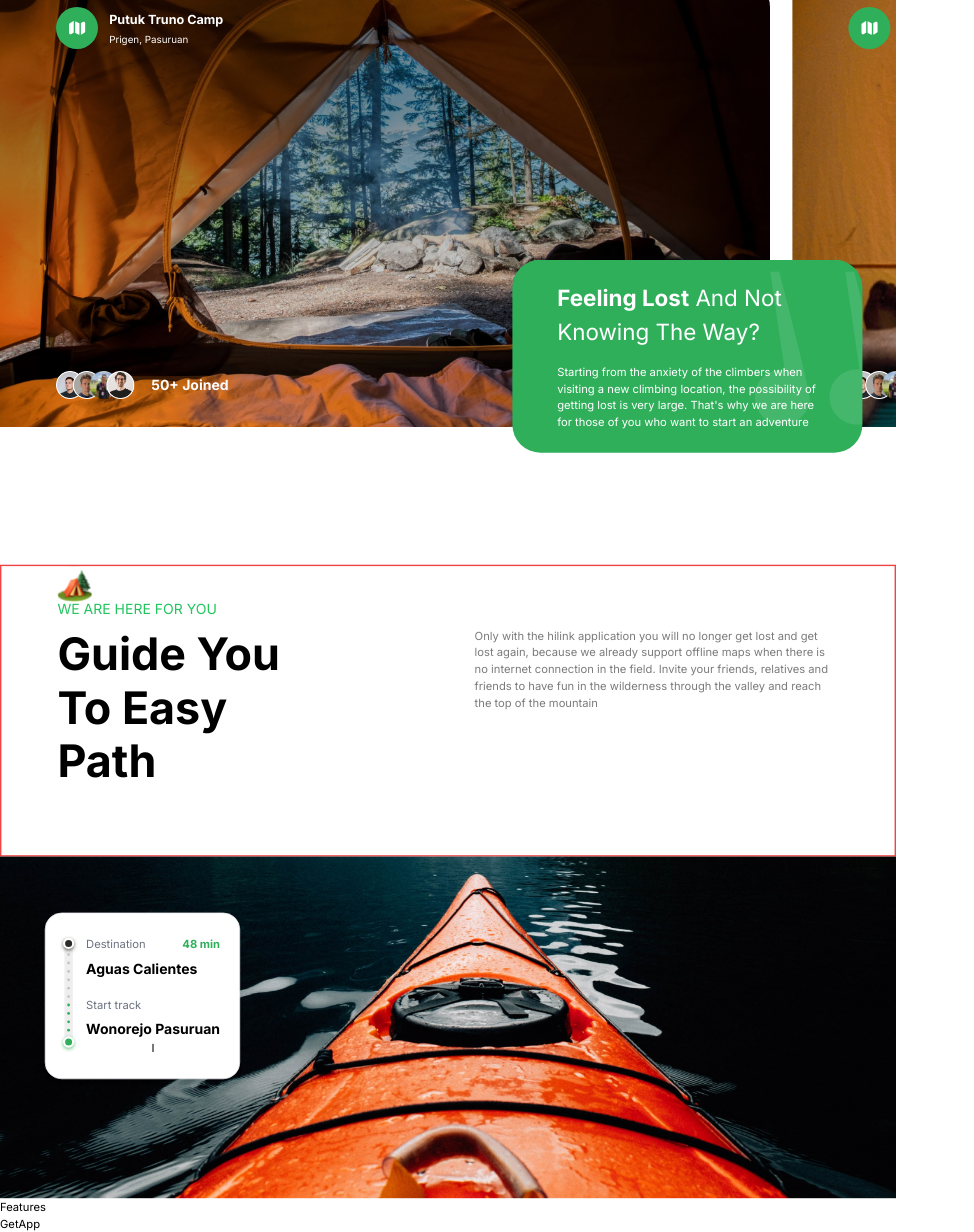
Repository: abdulrahmanmahmood/Travel-App
Page: /
These files come from the project's save history. The page is drawn as it stood at one moment and after the next save; the edit follows.
The browser window is 1280 px wide. The page is 1392 px wide, so the pictures cover 1392 px, including what lies to the right of the window. The pictures show the part of the page from y = 964 to 2724 px (the page is 2724 px tall before and 2720 px after), at 70% of full size.
The project was rebuilt for these pictures with package versions that can differ from the ones it lists, and the page was loaded fresh each time. The framework's server and built-in components were replaced by stand-ins that run in the browser. Also part of the build but not shown: next.config.js.

Above is the page before, as saved 2023-11-08 11:19:42.

After the next save:
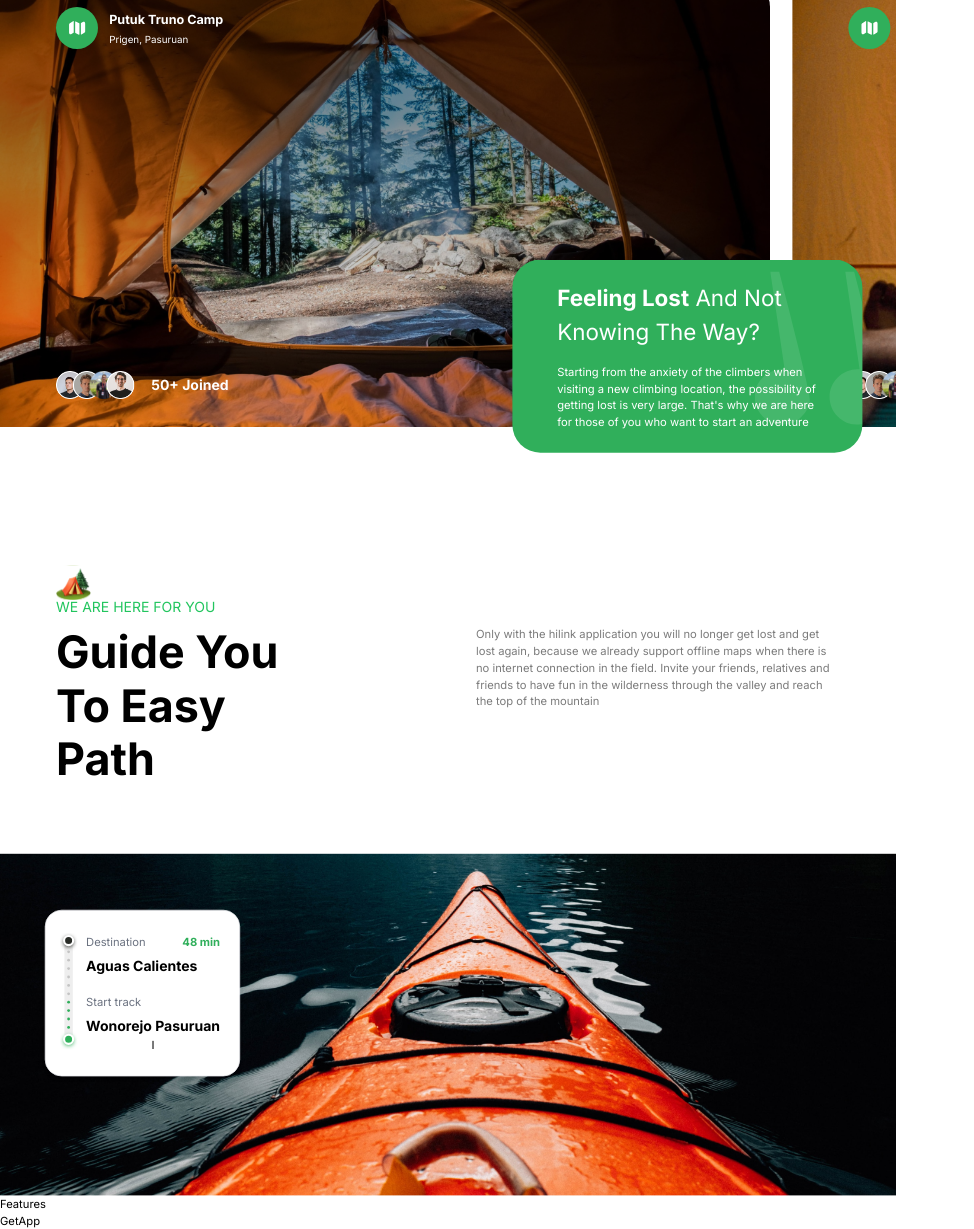
Saved 10 s later.
--- a/components/Guide.tsx
+++ b/components/Guide.tsx
@@ -3,7 +3,7 @@ import Image from "next/image";
 function Guide() {
   return (
     <section className="flexCenter flex-col">
-      <div className="border-2 border-red-500 padding-container max-container w-full pb-24  ">
+      <div className=" padding-container max-container w-full pb-24  ">
         <Image src="/camp.svg" alt="camp" width={50} height={50} />
         <p className="uppercase text-xl bold text-green-500 -mt-1 mb-3 ">
           WE ARE here FOR YOU
